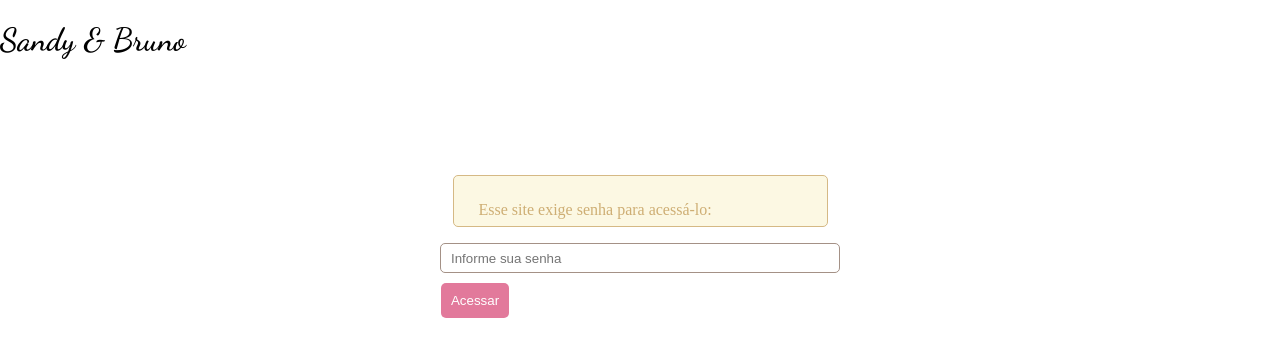
Repository: FerrazNathan/projetoBruno
Page: /login (app in projeto-bruno/)
An editor plug-in stored every save of this project. The page is shown before and after the next save, followed by the edit.
The browser window is 1280 px wide. The pictures show the whole page.
Some web fonts or font styles are not loaded; a fallback is used. The project was rebuilt for these pictures with package versions that can differ from the ones it lists, and the page was loaded fresh each time. The framework's server and built-in components were replaced by stand-ins that run in the browser. Also part of the build but not shown: projeto-bruno/next.config.js.

Above is the page before, as saved 2022-03-16 12:26:09.

### projeto-bruno/pages/_document.js
import Document, { Head, Main, NextScript } from 'next/document';
// Import styled components ServerStyleSheet
import { ServerStyleSheet } from 'styled-components';

export default class MyDocument extends Document {
  static getInitialProps({ renderPage }) {
    // Step 1: Create an instance of ServerStyleSheet
    const sheet = new ServerStyleSheet();

    // Step 2: Retrieve styles from components in the page
    const page = renderPage((App) => (props) =>
      sheet.collectStyles(<App {...props} />),
    );

    // Step 3: Extract the styles as <style> tags
    const styleTags = sheet.getStyleElement();

    // Step 4: Pass styleTags as a prop
    return { ...page, styleTags };
  }

  render() {
    return (
      <html>
        <Head>
          {/* Step 5: Output the styles in the head  */}
          {this.props.styleTags}
          <link rel="preconnect" href="https://fonts.googleapis.com" />
          <link rel="preconnect" href="https://fonts.gstatic.com" crossorigin />
          <link href="https: //fonts.googleapis.com/css2? family= Dancing+Script:wght@600 & display=swap" rel="stylesheet" />
        </Head>
        <body>
          <Main />
          <NextScript />
        </body>
      </html>
    );
  }
}

### projeto-bruno/pages/login.js
import React from 'react'
import Head from 'next/head'
import Form from '../components/Login'
import * as S from '../styles/styleLogin'


export default function Login() {
  return (
    <>
    <Head>
    <title>Projeto Bruno</title>

  </Head>
    <S.Content>
      <S.Box>
        <S.Title>Sandy & Bruno</S.Title>
      </S.Box>
      <Form />
    </S.Content>
    </>
  )
}

### projeto-bruno/styles/globals.css
@import url('https://fonts.googleapis.com/css2? family= Dancing+Script:wght@600 & display=swap');

html,
body {
  padding: 0;
  margin: 0;
}

a {
  color: inherit;
  text-decoration: none;
}

* {
  box-sizing: border-box;
}

### projeto-bruno/components/Login/index.js
import React, { useState } from 'react'
import { useRouter } from 'next/router'
import * as S from './styles'

export default function Form() {

  const [password, setPassword] = useState('')
  const acesso = '9876543210'
  const redirect = useRouter()

  const submit = (event) => {
    event.preventDefault()

    if (password === acesso) {
      localStorage.setItem('logged', 'isLogged')
      redirect.push('/')
    }
  }

  return (
    <S.Container onSubmit={submit}>
      <S.Title>Esse site exige senha para acessá-lo:</S.Title>
      <S.Input
        type="password"
        placeholder="Informe sua senha"
        value={password}
        onChange={(event) => setPassword(event.target.value)}
      />
      <S.Button type='submit'>Acessar</S.Button>
    </S.Container>
  )
}

### projeto-bruno/styles/styleLogin.js
import styled from 'styled-components'

export const Content = styled.body`
  /* background-image: url(/src/assets/indice.jpeg); */
`

export const Box = styled.div`

`

export const Title = styled.h1`
  font-family: 'Dancing Script', cursiva;
`

### projeto-bruno/components/Login/styles.js
import styled from 'styled-components';

export const Container = styled.form`
  max-width: 1200px;
  width: 100%;
  margin: 100px auto;
  display: flex;
  align-items: center;
  justify-content: center;
  flex-direction: column;
`

export const Title = styled.p`
  color: #ceae74;
  background-color: #fcf8e3;
  width: 375px;
  height: 25px;
  border-radius: 5px;
  padding: 25px;
  border: 1px solid #d5b985;
  font-weight: 500;
`

export const Input = styled.input`
  width: 400px;
  height: 30px;
  border-radius: 5px;
  border: 1px solid #a49186;
  margin-bottom: 10px;
  outline: 0;
  padding: 10px;
  cursor: pointer;
  &:focus{
    background-color: #e8f0fe;
  }
`

export const Button = styled.button`
  background-color: #e2799b;
  color: #FFF;
  border-radius: 5px;
  border: none;
  padding: 10px;
  margin-right: 330px;
  cursor: pointer;
`

Loaded but not shown: projeto-bruno/pages/_app.js (common file)

After the next save:
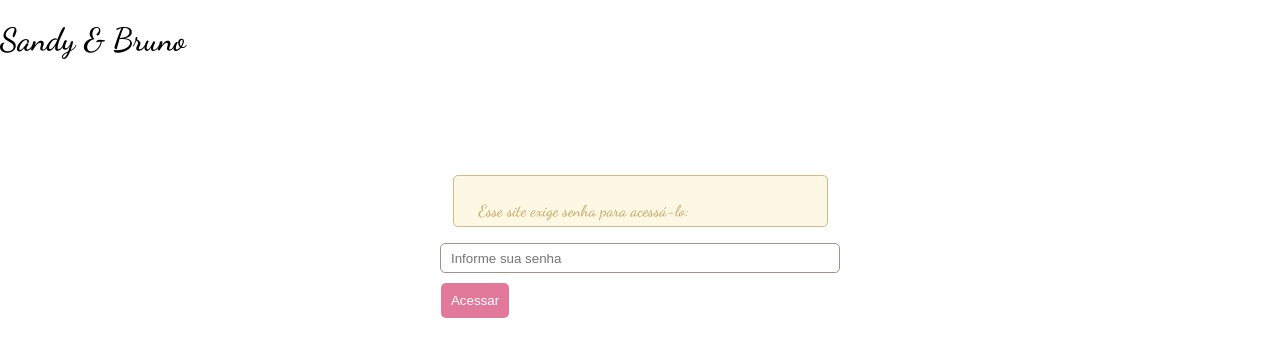
Saved 20 s later.
--- a/projeto-bruno/styles/globals.css
+++ b/projeto-bruno/styles/globals.css
@@ -4,6 +4,8 @@
 body {
   padding: 0;
   margin: 0;
+  font-family: 'Dancing Script', cursiva;
+
 }
 
 a {

After the save that followed:
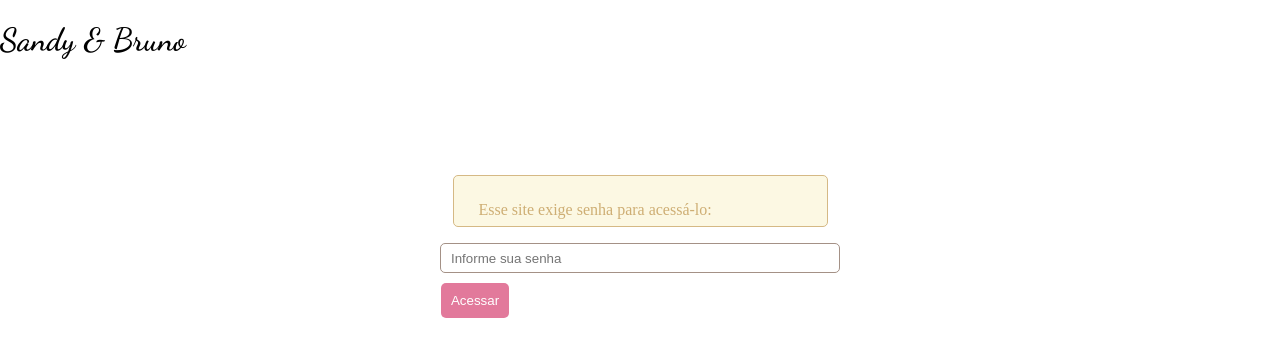
Saved 91 s later.
--- a/projeto-bruno/styles/globals.css
+++ b/projeto-bruno/styles/globals.css
@@ -4,8 +4,6 @@
 body {
   padding: 0;
   margin: 0;
-  font-family: 'Dancing Script', cursiva;
-
 }
 
 a {
